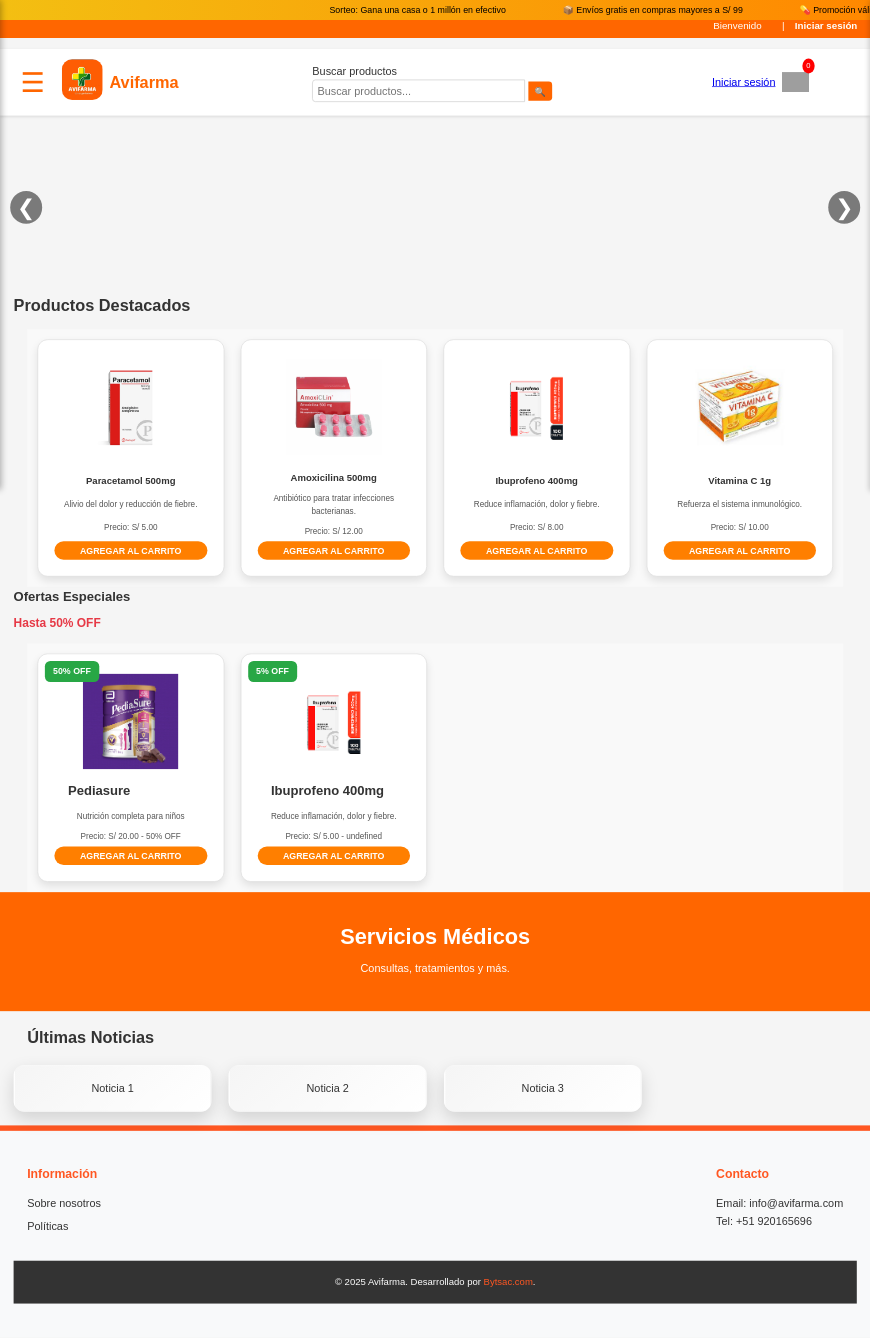
Repository: AVH75/avifarma-tienda
Page: index.html
These files come from the project's save history. The page is drawn as it stood at one moment and after the next save; the edit follows.
The browser window is 1280 px wide. The pictures show the whole page, at 68% of full size.
Pictures or frames that could not be fetched are drawn as grey boxes.

Above is the page before, as saved 2025-09-11 00:31:49.

After the next save:
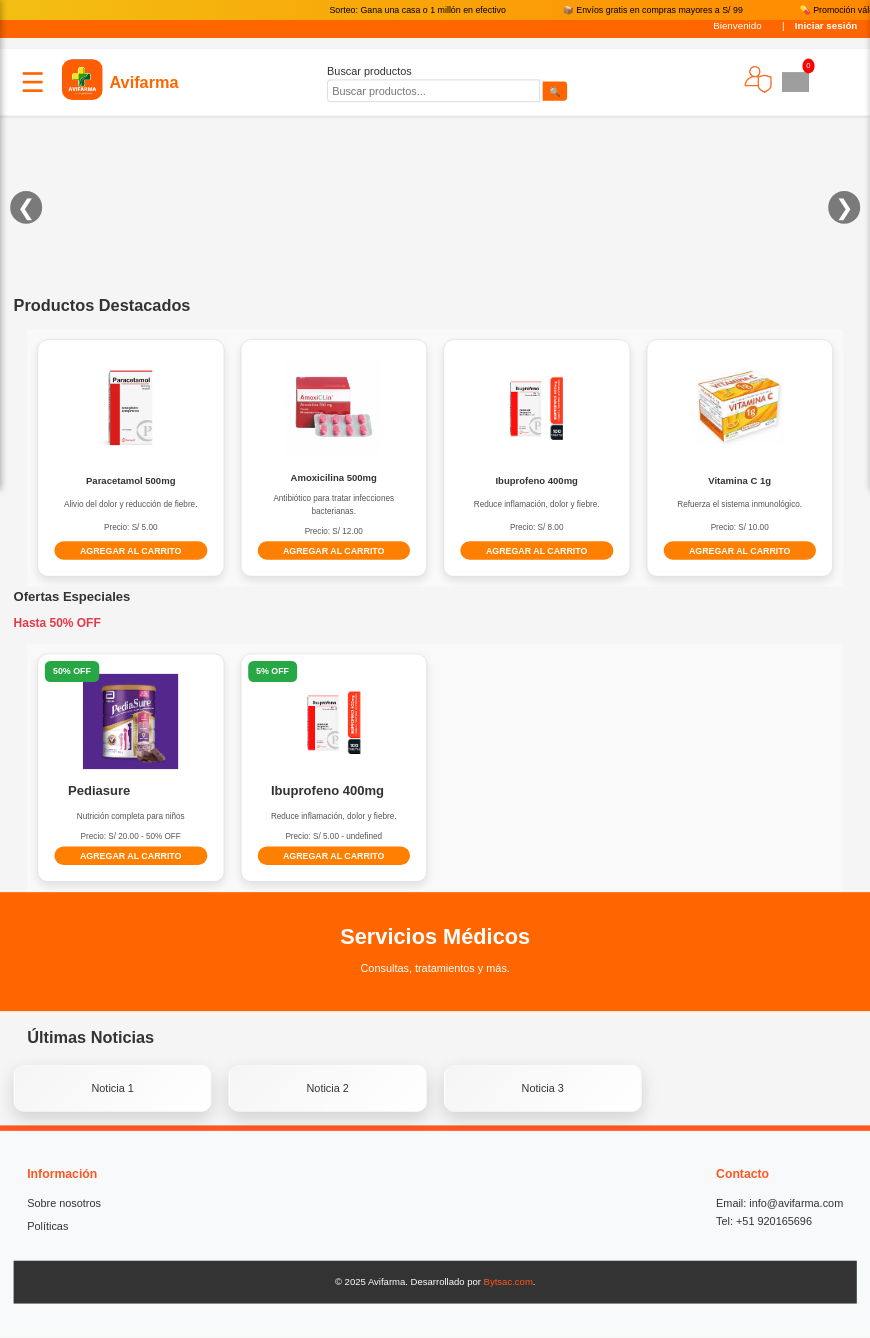
Saved 4 h 28 min later.
--- a/index.html
+++ b/index.html
@@ -114,7 +114,10 @@
       <!-- 🔸 Acciones (Login y Carrito) -->
       <div class="acciones-header">
         <!-- Ingresar -->
-        <a href="login.html" class="ingresar" aria-label="Iniciar sesión">Iniciar sesión</a>
+     <a href="login.html">
+    <img src="img/logo/login.png" alt="Imagen de inicio de sesión" style="width:50px;height:50px;">
+</a>
+
 
         <!-- Carrito -->
         <a href="#" id="abrir-carrito" class="carrito-icono" aria-label="Abrir carrito de compras">
